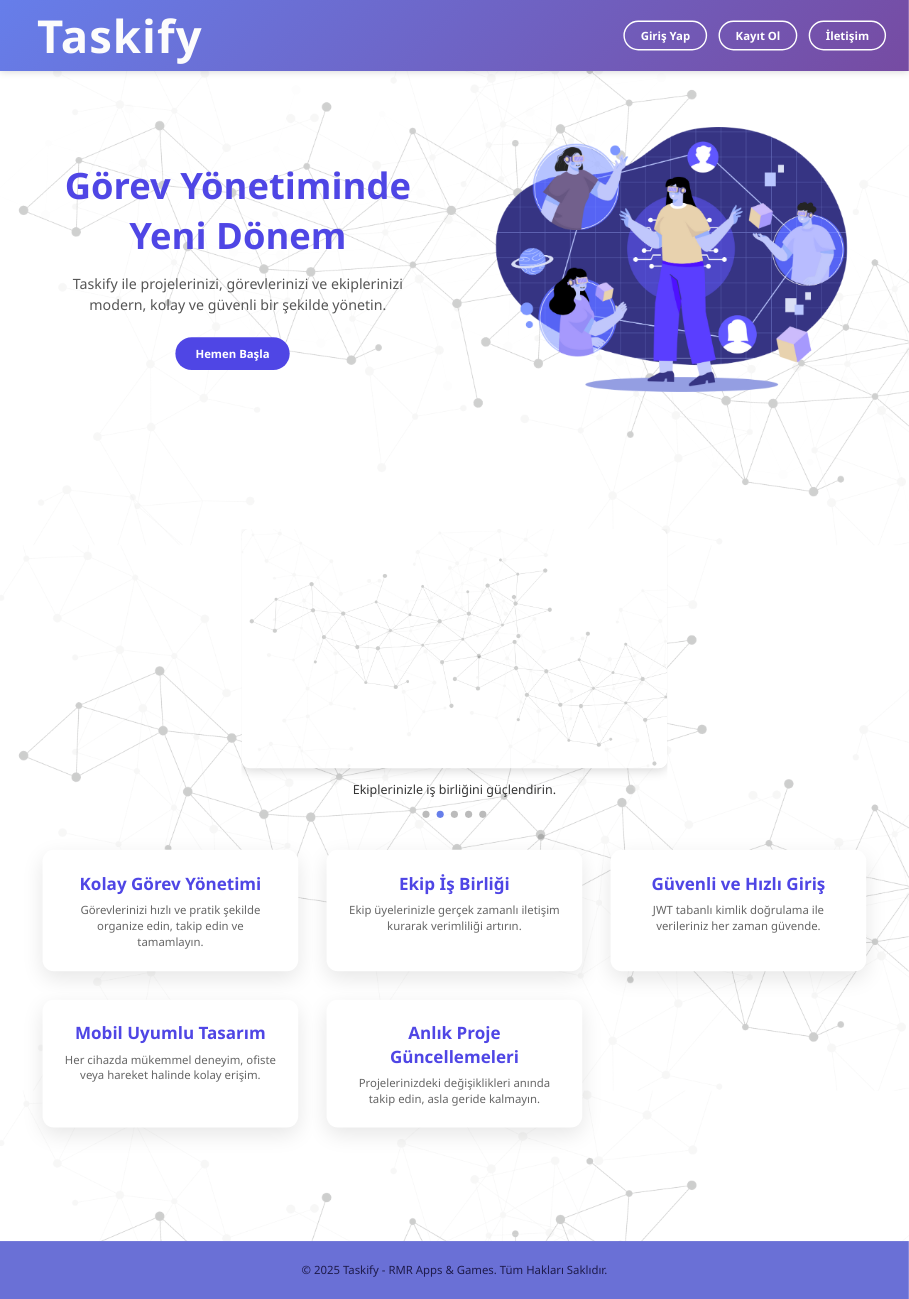
Repository: rumeyssaasya/TaskifyFrontendExample
Page: /
An editor plug-in stored every save of this project. The page is shown before and after the next save, followed by the edit.
The browser window is 1280 px wide. The pictures show the whole page, at 71% of full size.
The project was rebuilt for these pictures with package versions that can differ from the ones it lists, and the page was loaded fresh each time. Also part of the build but not shown: vite.config.ts, src/api/axios.ts, src/pages/Login/login.css, src/pages/Login/login.tsx, src/pages/Register/register.css, src/pages/Register/register.tsx, src/component/ProfileDropDownMenu/profileDropDownMenu.css, src/component/ProfileDropDownMenu/profileDropDownMenu.tsx and 32 more.

Above is the page before, as saved 2025-08-13 02:35:50.

After the next save:
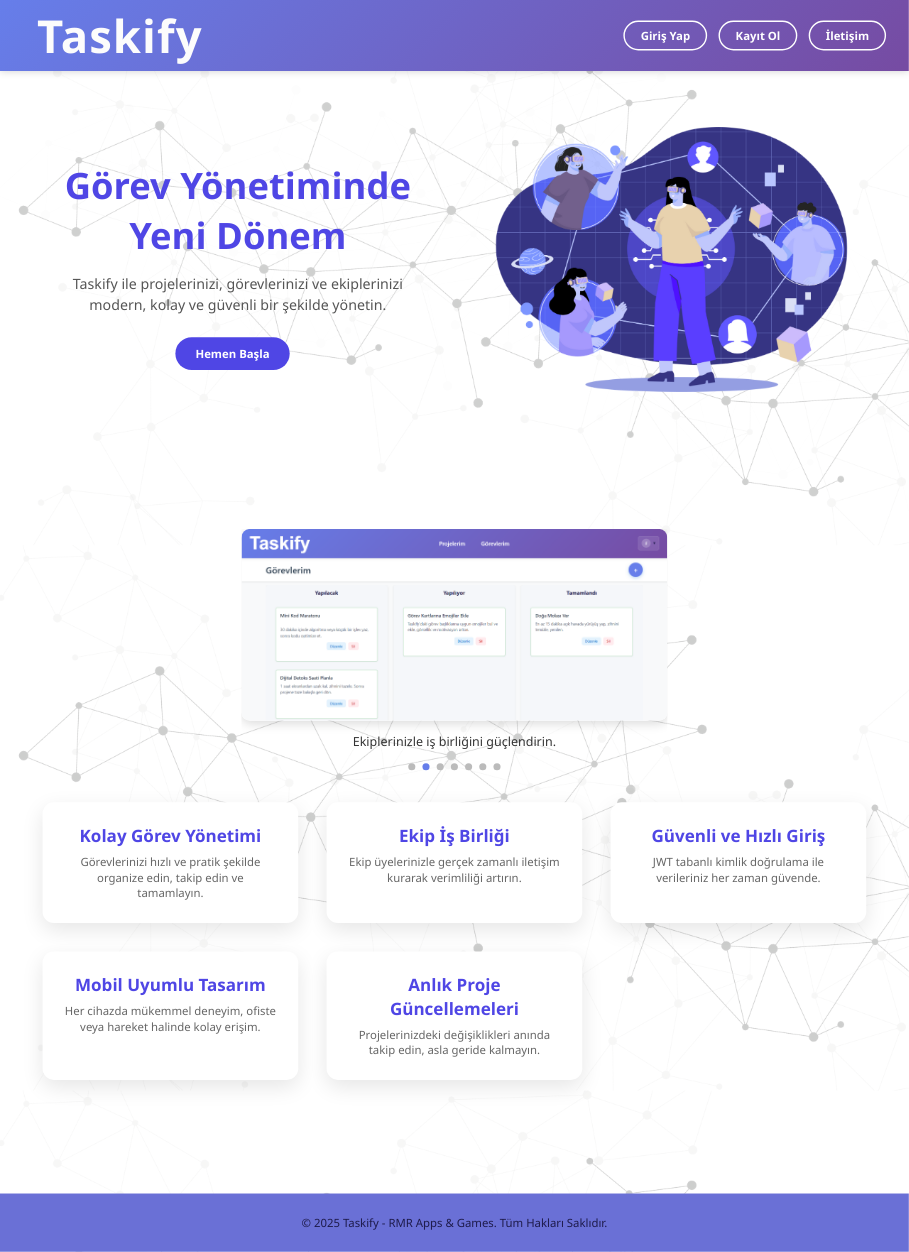
Saved 64 s later.
--- a/src/pages/Landing/landing.tsx
+++ b/src/pages/Landing/landing.tsx
@@ -41,11 +41,13 @@
 ];
 
 const sliderData = [
-  { expPhoto: img, text: "Görevlerinizi tek ekrandan yönetin." },
-  { img: img, text: "Ekiplerinizle iş birliğini güçlendirin." },
-  { img: img, text: "Güvenli ve hızlı giriş deneyimi." },
-  { img: img, text: "Mobilde bile sorunsuz kullanım." },
-  { img: img, text: "Her an proje güncellemelerinden haberdar olun." },
+  { img: expPhoto1, text: "Görevlerinizi tek ekrandan yönetin." },
+  { img: expPhoto2, text: "Ekiplerinizle iş birliğini güçlendirin." },
+  { img: expPhoto3, text: "Güvenli ve hızlı giriş deneyimi." },
+  { img: expPhoto4, text: "Mobilde bile sorunsuz kullanım." },
+  { img: expPhoto5, text: "Her an proje güncellemelerinden haberdar olun." },
+  { img: expPhoto6, text: "Her an proje güncellemelerinden haberdar olun." },
+  { img: expPhoto7, text: "Her an proje güncellemelerinden haberdar olun." },
 ];
 
 const LandingPage = () => {
